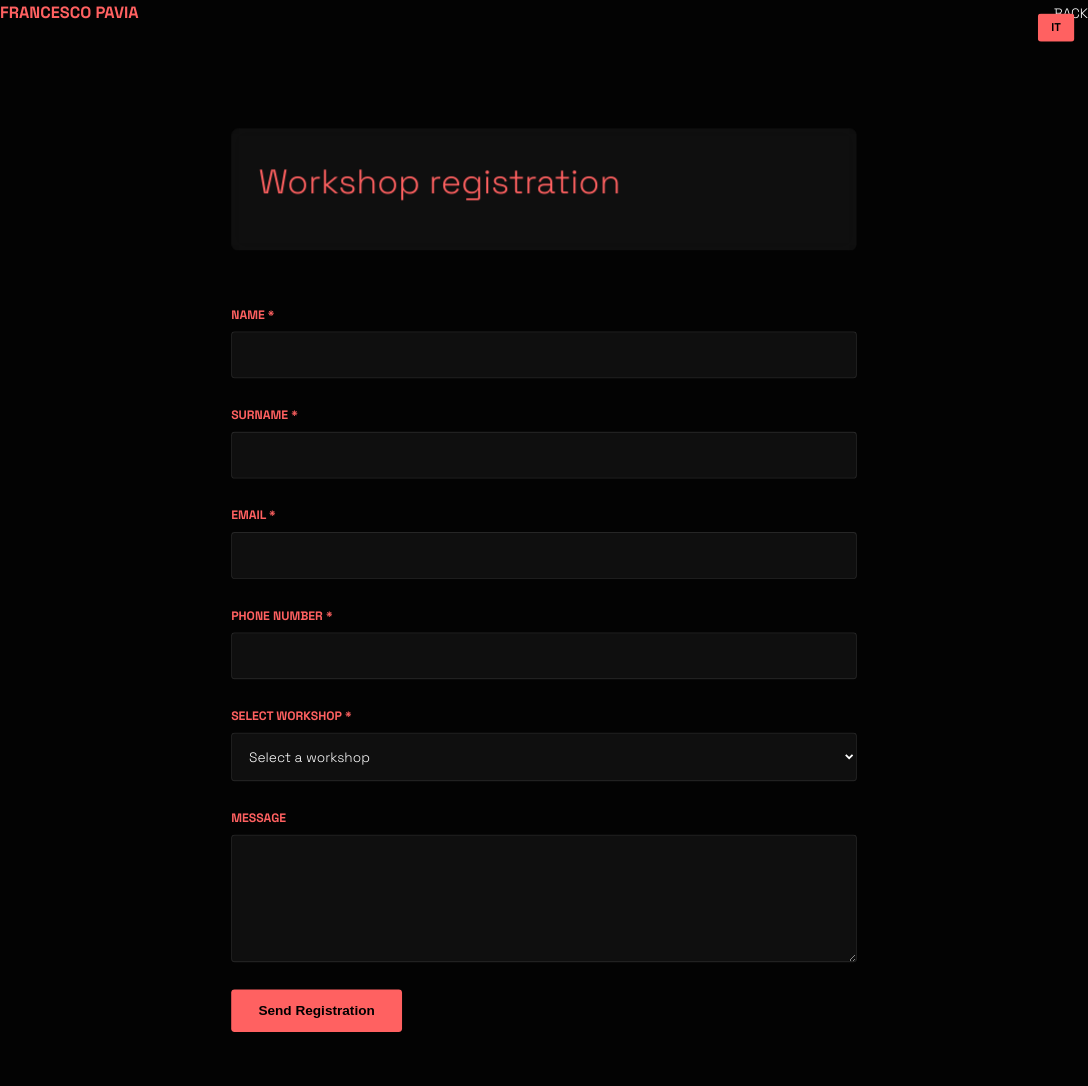
Repository: philipkdpavkia/photo-auto
Page: iscrizione.html
An editor plug-in stored every save of this project. The page is shown before and after the next save, followed by the edit.
The browser window is 1280 px wide. The pictures show the whole page, at 85% of full size.

Above is the page before, as saved 2024-11-16 21:36:13.

After the next save:
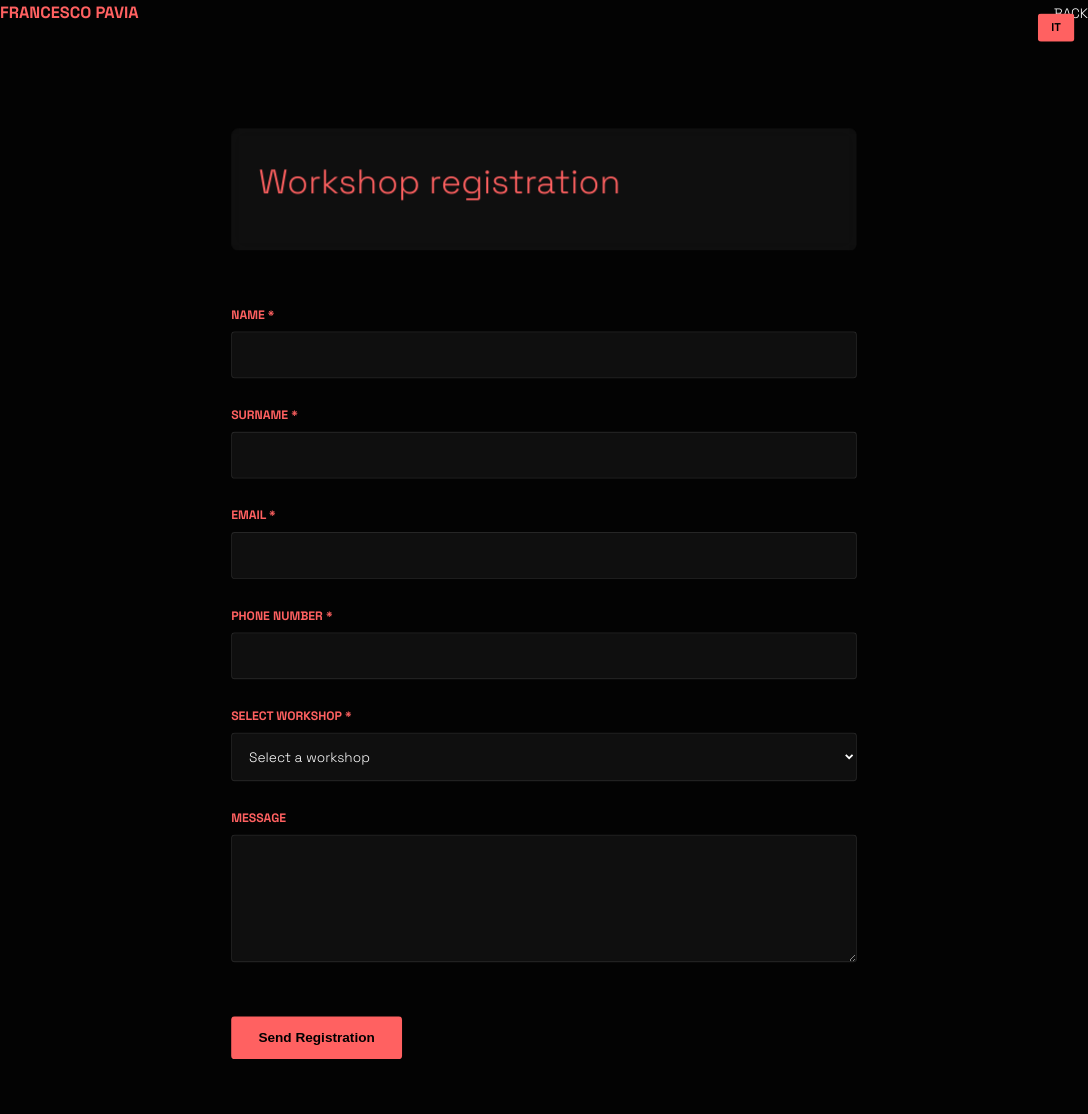
Saved 37 min 14 s later.
--- a/iscrizione.html
+++ b/iscrizione.html
@@ -4,9 +4,19 @@
     <meta charset="UTF-8">
     <meta name="viewport" content="width=device-width, initial-scale=1.0">
     <title>Workshop registration - Francesco Pavia</title>
+    <!-- Security Headers -->
+    <meta http-equiv="X-Frame-Options" content="DENY">
+    <meta http-equiv="X-XSS-Protection" content="1; mode=block">
+    <meta http-equiv="X-Content-Type-Options" content="nosniff">
+    <meta http-equiv="Referrer-Policy" content="strict-origin-when-cross-origin">
+
     <link href="/css/style.css" rel="stylesheet" media="screen"/>
     <link href="https://cdnjs.cloudflare.com/ajax/libs/font-awesome/6.0.0/css/all.min.css" rel="stylesheet" media="all"/>
-     <!-- Script traduzioni -->
+
+    <!-- reCAPTCHA -->
+    <script src="https://www.google.com/recaptcha/api.js" async defer></script>
+
+    <!-- Script traduzioni -->
     <script>
         const translations = {
             en: {
@@ -78,13 +88,14 @@
                     this.updateLangButton();
                 }
             }
+
             updateLangButton() {
-        const button = document.getElementById('langSwitch');
-        if (button) {
-            button.textContent = this.currentLang === 'it' ? 'EN' : 'IT';
-            button.onclick = () => this.setLanguage(this.currentLang === 'it' ? 'en' : 'it');
-        }
-    }
+                const button = document.getElementById('langSwitch');
+                if (button) {
+                    button.textContent = this.currentLang === 'it' ? 'EN' : 'IT';
+                    button.onclick = () => this.setLanguage(this.currentLang === 'it' ? 'en' : 'it');
+                }
+            }
 
             translate(key) {
                 return translations[this.currentLang][key] || key;
@@ -118,6 +129,38 @@
             langManager.updateContent();
             langManager.updateWorkshopDetails();
         });
+
+        // Form validation function
+        function validateForm(event) {
+            const email = document.getElementById('email').value;
+            const phone = document.getElementById('telefono').value;
+
+            // Email validation
+            const emailRegex = /^[^\s@]+@[^\s@]+\.[^\s@]+$/;
+            if (!emailRegex.test(email)) {
+                alert('Please enter a valid email address');
+                event.preventDefault();
+                return false;
+            }
+
+            // Phone validation
+            const phoneRegex = /^\+?[\d\s-]{8,}$/;
+            if (!phoneRegex.test(phone)) {
+                alert('Please enter a valid phone number');
+                event.preventDefault();
+                return false;
+            }
+
+            // reCAPTCHA validation
+            const recaptchaResponse = grecaptcha.getResponse();
+            if (!recaptchaResponse) {
+                alert('Please complete the reCAPTCHA');
+                event.preventDefault();
+                return false;
+            }
+
+            return true;
+        }
     </script>
 </head>
 <body class="registration-page">
@@ -138,30 +181,65 @@
             <div class="workshop-details" id="workshopDetails"></div>
         </div>
 
-        <form action="https://formspree.io/f/mldenwbq" method="POST" class="registration-form">
+        <form action="https://formspree.io/f/mldenwbq"
+              method="POST"
+              class="registration-form"
+              onsubmit="return validateForm(event)">
+
+            <!-- Honeypot field -->
+            <input type="text"
+                   name="_honey"
+                   style="display: none"
+                   tabindex="-1"
+                   autocomplete="off">
+
             <div class="form-group">
                 <label for="nome" data-i18n="name">Name *</label>
-                <input type="text" id="nome" name="nome" required>
+                <input type="text"
+                       id="nome"
+                       name="nome"
+                       required
+                       pattern="[A-Za-z\s]{2,50}"
+                       maxlength="50"
+                       onkeypress="return /[A-Za-z\s]/i.test(event.key)">
             </div>
 
             <div class="form-group">
                 <label for="cognome" data-i18n="surname">Surname *</label>
-                <input type="text" id="cognome" name="cognome" required>
+                <input type="text"
+                       id="cognome"
+                       name="cognome"
+                       required
+                       pattern="[A-Za-z\s]{2,50}"
+                       maxlength="50"
+                       onkeypress="return /[A-Za-z\s]/i.test(event.key)">
             </div>
 
             <div class="form-group">
                 <label for="email" data-i18n="email">Email *</label>
-                <input type="email" id="email" name="email" required>
+                <input type="email"
+                       id="email"
+                       name="email"
+                       required
+                       maxlength="100">
             </div>
 
             <div class="form-group">
                 <label for="telefono" data-i18n="phone">Phone Number *</label>
-                <input type="tel" id="telefono" name="telefono" required>
+                <input type="tel"
+                       id="telefono"
+                       name="telefono"
+                       required
+                       pattern="[\d\s\-\+]{8,}"
+                       maxlength="20"
+                       onkeypress="return /[\d\s\-\+]/i.test(event.key)">
             </div>
 
             <div class="form-group">
                 <label for="workshop-selection" data-i18n="workshop">Select Workshop *</label>
-                <select id="workshop-selection" name="workshop" required>
+                <select id="workshop-selection"
+                        name="workshop"
+                        required>
                     <option value="">Select a workshop</option>
                     <option value="senegal">Workshop Senegal</option>
                     <option value="mexico">Workshop Mexico</option>
@@ -171,14 +249,37 @@
 
             <div class="form-group">
                 <label for="messaggio" data-i18n="message">Message</label>
-                <textarea id="messaggio" name="messaggio"></textarea>
-            </div>
+                <textarea id="messaggio"
+                         name="messaggio"
+                         maxlength="1000"></textarea>
+            </div>
+
+            <!-- reCAPTCHA -->
+            <div class="g-recaptcha"
+                 data-sitekey="6LdTN4EqAAAAANEkwNrAfw7F_ATbwErrxswXLIev"></div>
 
             <input type="hidden" name="_next" value="grazie.html">
-            <input type="hidden" name="_captcha" value="false">
-
-            <button type="submit" class="submit-button" data-i18n="send_registration">Send Registration</button>
+            <button type="submit"
+                    class="submit-button"
+                    data-i18n="send_registration">Send Registration</button>
         </form>
     </div>
+
+    <!-- Optional: Add rate limiting script -->
+    <script>
+        const submitButton = document.querySelector('.submit-button');
+        let lastSubmitTime = 0;
+        const THROTTLE_TIME = 30000; // 30 seconds
+
+        submitButton.addEventListener('click', (e) => {
+            const now = Date.now();
+            if (now - lastSubmitTime < THROTTLE_TIME) {
+                e.preventDefault();
+                alert('Please wait before submitting again');
+                return false;
+            }
+            lastSubmitTime = now;
+        });
+    </script>
 </body>
 </html>
